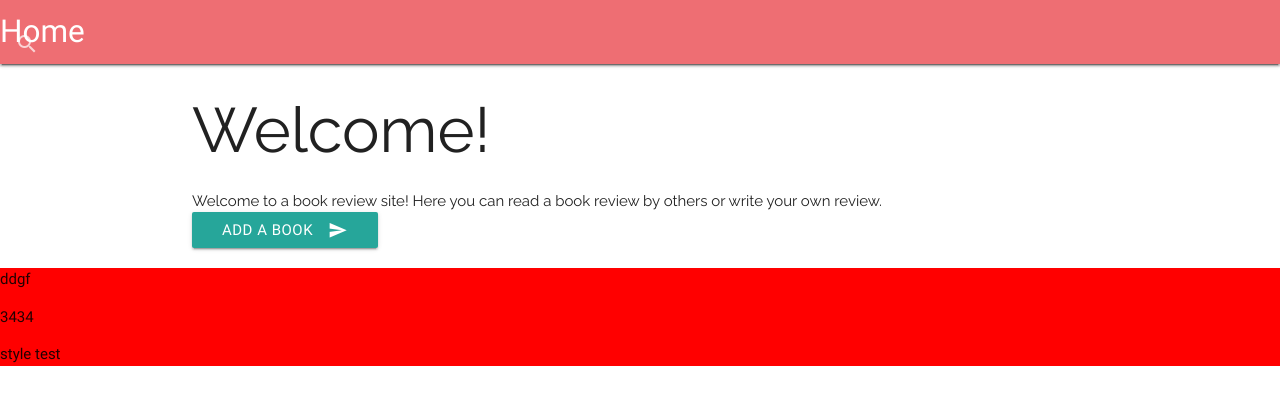
Repository: h8130084/bookReview
Page: http://localhost/
The author's editor kept a record of every edit. The page is drawn from the files as they stood at one moment, then again after the next edit.
The browser window is 1280 px wide. The pictures show the whole page.
Some web libraries are served in a nearby version. The page is served by the project's application, run on Flask 3 (app.py). Queries for data that is not in the repository find no rows.

Above is the page before.
Console error: ReferenceError: M is not defined

After the next edit:
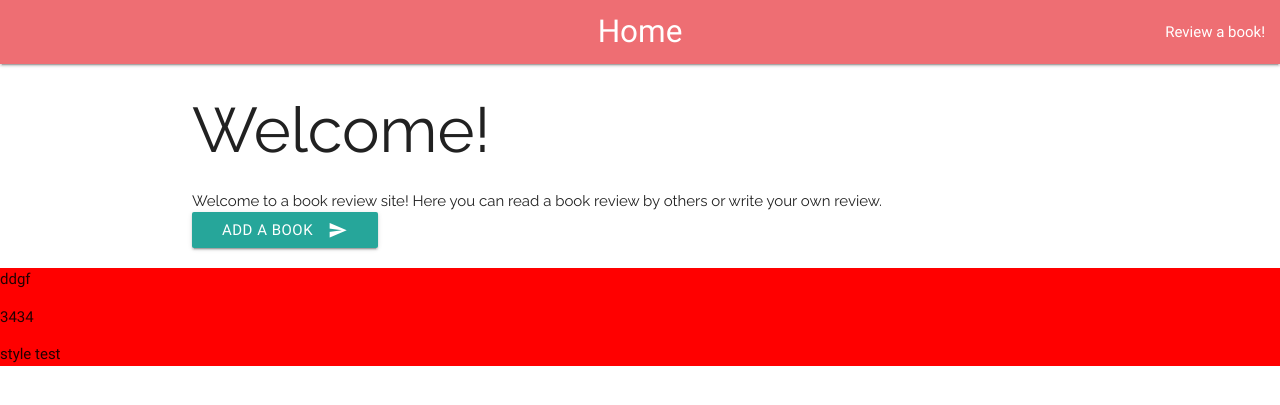
The edit:
--- a/templates/base.html
+++ b/templates/base.html
@@ -18,18 +18,7 @@
     <header>
         <nav>
             <div class="nav-wrapper">
-                <a href="{{url_for('get_books')}}" class="brand-logo">Home</a>
-                <nav>
-                    <div class="nav-wrapper">
-                        <form>
-                            <div class="input-field" "center">
-                                <input id="search" type="search" required>
-                                <label class="label-icon" for="search"><i class="material-icons">search</i></label>
-                                <i class="material-icons">close</i>
-                            </div>
-                        </form>
-                    </div>
-                </nav>
+                <a href="{{url_for('get_books')}}" class="brand-logo center">Home</a>
                 <ul id="nav-mobile" class="right">
                     <li><a href="{{url_for('add_book')}}">Review a book!</a></li>
 
